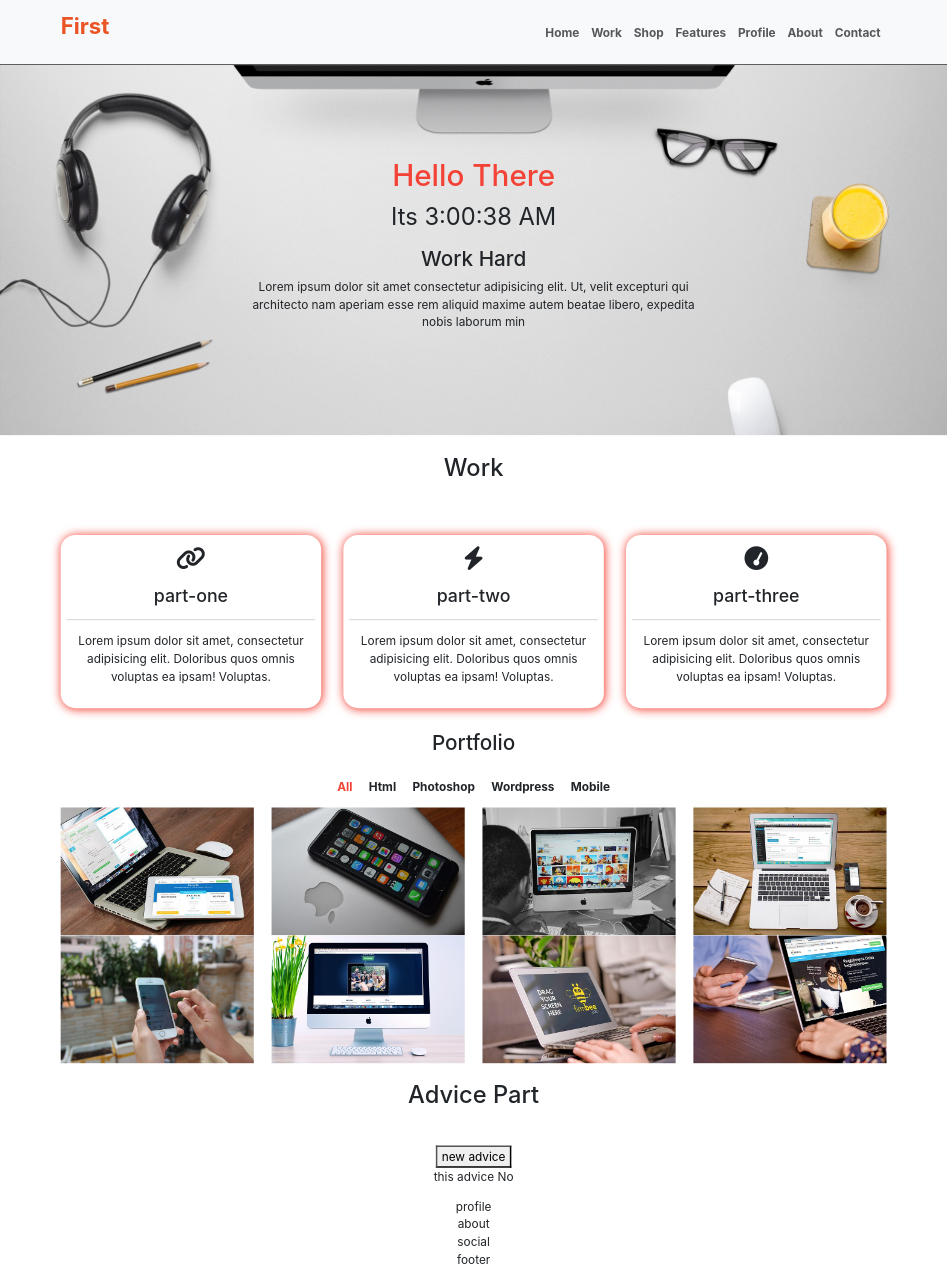
Repository: Hager-h/temple
Page: /
The author's editor kept a copy of each file at every save. The page is drawn from the files as they stood at one save, then again after the next save.
The browser window is 1280 px wide. The pictures show the whole page, at 74% of full size.
The page's requests for data from a server got no answer. The project was rebuilt for these pictures with package versions that can differ from the ones it lists, and the page was loaded fresh each time. No one was signed in, and anything a server would have sent is missing. Also part of the build but not shown: src/components/contact/index.js, src/components/Shop/shop.css, src/components/Shop/Shop.js, src/components/card/card.css, src/components/card/Card.js.

Above is the page before, as saved 2023-07-17 16:05:06.

After the next save:
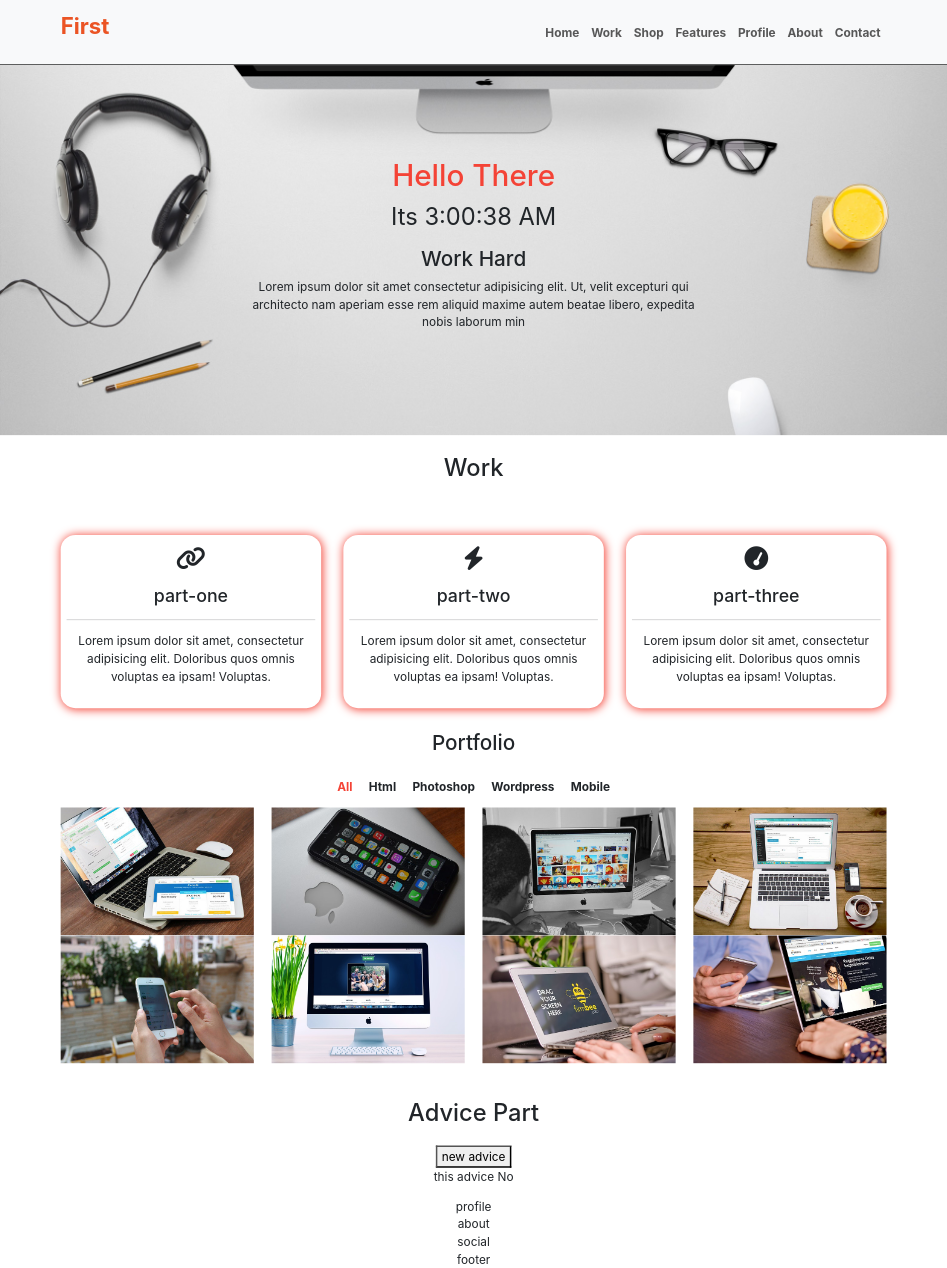
Saved 30 s later.
--- a/src/components/advice/Advice.js
+++ b/src/components/advice/Advice.js
@@ -16,8 +16,8 @@ export default function Advice() {
     getAdvice()
   },[])
   return (
-    <div className="advice mt-4">
-      <h2 className="mt-4 mb-5">Advice Part</h2>
+    <div className="advice mt-5">
+      <h2 className="mt-4 mb-4">Advice Part</h2>
       <p className="ad-col fs-5 ">{advice}</p>
       <button onClick={ getAdvice }>new advice</button>
       <p>this advice No { count}</p>
